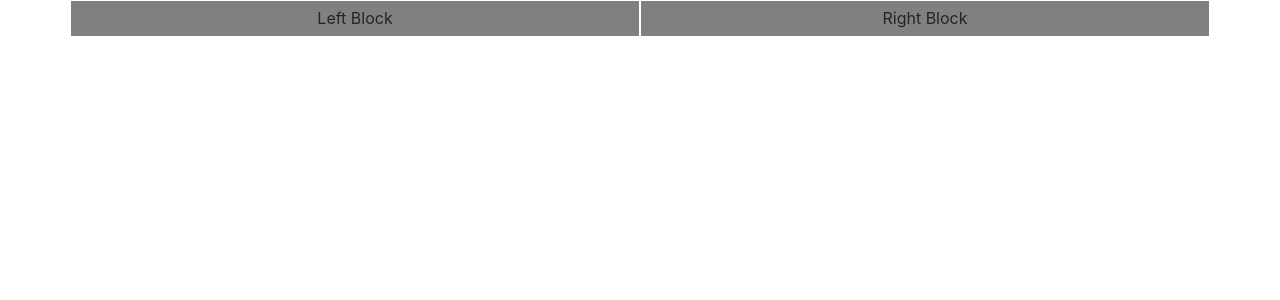
Repository: Stefan-Kosker/mobile-first-example
Page: index-bootstrap.html
These files come from the project's save history. The page is drawn as it stood at one moment and after the next save; the edit follows.
The browser window is 1280 px wide. The pictures show the whole page.

Above is the page before, as saved 2019-11-20 12:20:31.

After the next save:
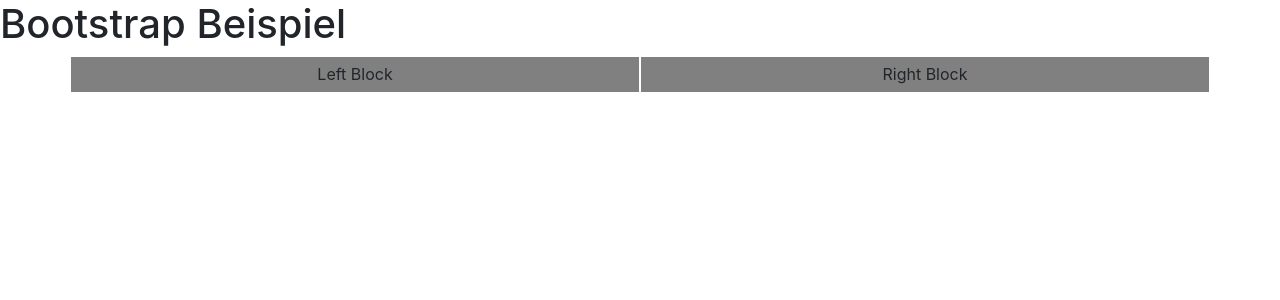
Saved 26 s later.
--- a/index-bootstrap.html
+++ b/index-bootstrap.html
@@ -7,7 +7,7 @@
 </head>
 
 <body>
-
+    <h1>Bootstrap Beispiel</h1>
     <div class="container">
         <div class="row">
             <div class="block-bt col-12 col-md-6">
